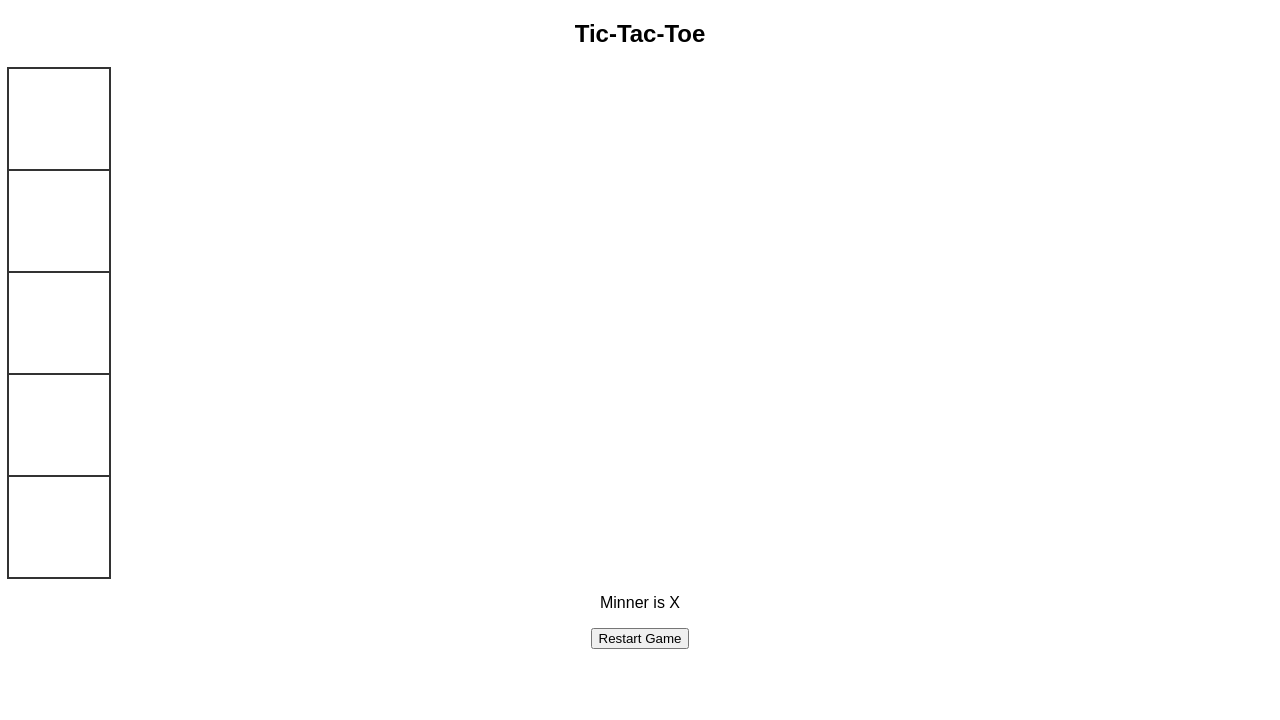
Repository: sedashahnazaryan/tic-tac-too
Page: index.html
The author's editor kept a copy of each file at every save. The page is drawn from the files as they stood at one save, then again after the next save.
The browser window is 1280 px wide. The pictures show the whole page.

Above is the page before, as saved 2022-01-31 17:41:51.

### index.html
<!DOCTYPE html>
<html lang="en">
<head>
    <meta charset="UTF-8">
    <meta http-equiv="X-UA-Compatible" content="IE=edge">
    <meta name="viewport" content="width=device-width, initial-scale=1.0">
    <link rel="stylesheet" href="./index.css">
<title><Tic-Tac-Toe></title>

</head>
<body>
    <section>
        <h1>Tic-Tac-Toe</h1>

    <div class="game-container">
        <div class="wrapper">
        <div class="ceil ceil-index-0"></div>
        <div class=" ceil ceil-index-1"></div>
        <div class=" ceil ceil-index-2"></div>
        <div class="ceil ceil-index-3"></div>
        <div class="ceil ceil-index-4"></div>
        <div class="ceil-index-5"></div>
     </div>
    </div>
    <p class="message">Minner is X</p>
    <button>Restart Game</button>
</section>
    <script src="index.js"></script>
</body>
</html>

### index.css
body {
    font-family: "Arial", sans-serif;
  }
section{
  text-align: center;

}
.game-contanier{
margin-top: 10px ;
display:grid;
grid-template-columns:repeat (3, auto);
width: 300px;
margin: 50px auto;
align-items: center;
justify-content: center;

}

    .ceil {
        font-family: "Permanent Marker", cursive;
        width: 100px;
        height: 100px;
        box-shadow: 0 0 0 1px #333333;
        border: 1px solid #333333;
        cursor: pointer;
        line-height: 100px;
        font-size: 60px;
      }

Loaded but not shown: index.js (no copy from this time; the picture is the same without it)

After the next save:
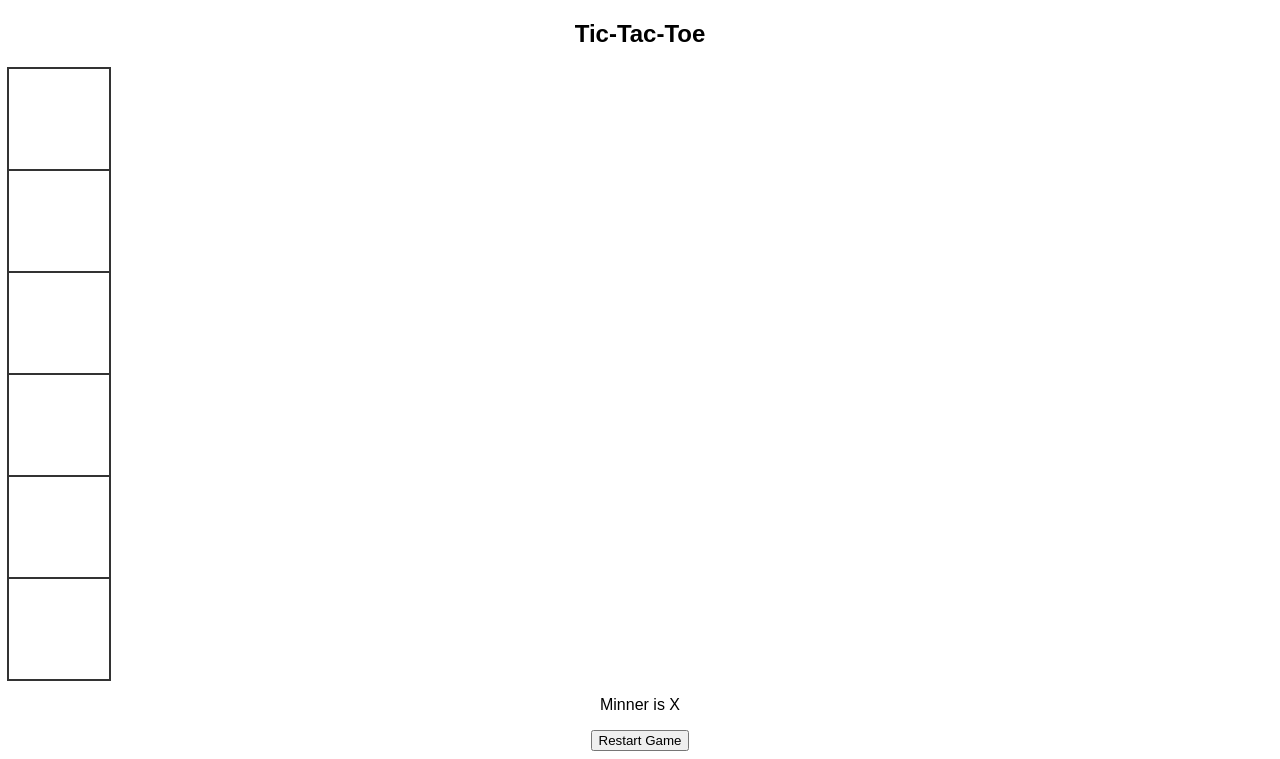
Saved 5 s later.
--- a/index.html
+++ b/index.html
@@ -19,7 +19,7 @@
         <div class=" ceil ceil-index-2"></div>
         <div class="ceil ceil-index-3"></div>
         <div class="ceil ceil-index-4"></div>
-        <div class="ceil-index-5"></div>
+        <div class="ceil ceil-index-5"></div>
      </div>
     </div>
     <p class="message">Minner is X</p>
